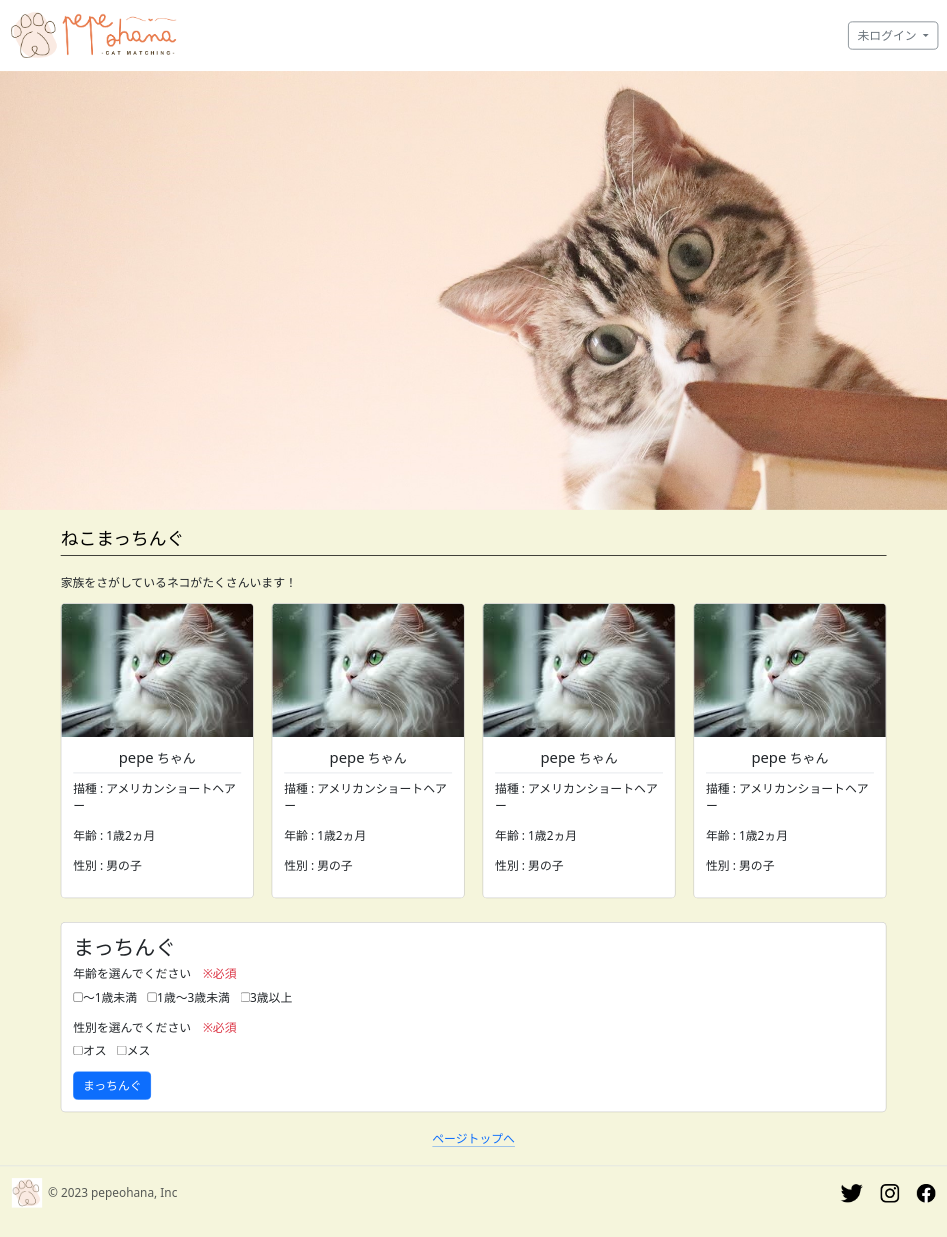
Repository: sakuwell/pepe
Page: http://localhost/PepeOhana/
The author's editor kept a copy of each file at every save. The page is drawn from the files as they stood at one save, then again after the next save.
The browser window is 1280 px wide. The pictures show the whole page, at 74% of full size.
The page is served by Tomcat 9. Other server files are loaded and not shown.

Above is the page before, as saved 2023-09-06 06:05:49.

### ExWorkSpace/PepeOhana/src/main/webapp/index.jsp
<%@ page language="java" contentType="text/html; charset=UTF-8"
    pageEncoding="UTF-8"%>
<%@ page import="model.UsersInfoDto" %>

<!DOCTYPE html>
<html lang="ja">
<head>
    <meta charset="UTF-8">
    <meta name="viewport" content="width=device-width, initial-scale=1.0">
    <!-- Bootstrap CSS -->
    <link href="https://cdn.jsdelivr.net/npm/bootstrap@5.3.0/dist/css/bootstrap.min.css" rel="stylesheet" integrity="sha384-9ndCyUaIbzAi2FUVXJi0CjmCapSmO7SnpJef0486qhLnuZ2cdeRhO02iuK6FUUVM" crossorigin="anonymous">
    <script src="https://cdn.jsdelivr.net/npm/bootstrap@5.3.0/dist/js/bootstrap.bundle.min.js" integrity="sha384-geWF76RCwLtnZ8qwWowPQNguL3RmwHVBC9FhGdlKrxdiJJigb/j/68SIy3Te4Bkz" crossorigin="anonymous"></script>
    <title>Top | pepeohana</title>
</head>

<%
    // セッションを取得
	UsersInfoDto userInfoOnSession = (UsersInfoDto)session.getAttribute("LOGIN_INFO");
	boolean isLoggedIn = false;
	String userName = "";
	//HttpSession mysession = request.getSession(true);

    // セッションが存在し、username属性もセットされている場合はログイン済み
    if (userInfoOnSession != null) {
		userName = userInfoOnSession.getUserName();
        isLoggedIn = true;
    }
%>

<body  style="background-color:beige;">
	<% if (isLoggedIn) { %>
    <!-- ログイン済ヘッダー -->
    <nav class="navbar navbar-expand-lg navbar-light bg-white">
        <div class="container-fluid">
            <a class="navbar-brand" href="index.jsp">
                <img src="images/pepe_ohana_logo.png" alt="ページロゴ" width="auto" height="70">
            </a>
            <div class="btn-group">
                <button type="button" class="btn btn-secondary dropdown-toggle" data-bs-toggle="dropdown" aria-expanded="false">
                    userName
                </button>
                <ul class="dropdown-menu dropdown-menu-end">
                    <li><a class="dropdown-item" href="<%=request.getContextPath()%>/ExeMyPage">マイページ</a></li>
                    <li><a class="dropdown-item" href="<%=request.getContextPath()%>/ExeLogout">ログアウト</a></li>
                </ul>
            </div>
        </div>
    </nav>
    <!-- ログイン済ヘッダーここまで -->
    <% } else { %>
    <!-- 未ログインヘッダー -->
    <nav class="navbar navbar-expand-lg navbar-light bg-white">
    	<div class="container-fluid">
        	<a class="navbar-brand" href="index.jsp">
          		<img src="images/pepe_ohana_logo.png" alt="ページロゴ" width="auto" height="70">
          	</a>
         	<div class="btn-group">
            	<button type="button" class="btn btn-outline-secondary dropdown-toggle" data-bs-toggle="dropdown" aria-expanded="false">
             		 未ログイン
            	</button>
            	<ul class="dropdown-menu dropdown-menu-end">
              		<li><a class="dropdown-item" href="jsp/Login.jsp">ログイン</a></li>
              		<li><a class="dropdown-item" href="jsp/registUser.jsp">新規ユーザー登録</a></li>
            	</ul>
          	</div>
        </div>
    </nav>
    <!-- 未ログインヘッダーここまで -->
    <% } %>


    <!-- ヒーロー画像 -->
    <img class="img-fluid mb-4" src="images/hero_index.jpg"  alt="index画像" style="max-height:600px; width:100%; object-fit: cover;">

    <!-- ここから下　ページごとの内容 -->
    <div class="container">
        <div class="h4 pb-2 mb-4 text-black border-bottom border-black">
            ねこまっちんぐ
        </div>
            <p>家族をさがしているネコがたくさんいます！</p>
        <!-- 猫カードエリア -->
        <div class="row">
           <!-- カードのコンテンツ1 -->
           <div class="col-6 col-md-4 col-lg-3">
                <div class="card mb-3">
                	<img src="images/cat_2.jpg" style="height:180px; width: 100%; object-fit: cover;" class="card-img-top" alt="猫画像">
                    <div class="card-body">
                        <h5 class="card-title text-center border-bottom pb-2">pepe<small> ちゃん</small></h5>
                        <p class="card-text text-right">描種 : アメリカンショートヘアー</p>
                        <p class="card-text text-right">年齢 : 1歳2ヵ月</p>
                        <p class="card-text text-right">性別 : 男の子</p>
                        <div class="d-flex justify-content-center">
                            <a href="#" class="stretched-link"></a>
                        </div>
                    </div>
                </div>
            </div>
           <!-- カードのコンテンツ2 -->
           <div class="col-6 col-md-4 col-lg-3">
                <div class="card mb-3">
                	<img src="images/cat_2.jpg" style="height:180px; width: 100%; object-fit: cover;" class="card-img-top" alt="猫画像">
                    <div class="card-body">
                        <h5 class="card-title text-center border-bottom pb-2">pepe<small> ちゃん</small></h5>
                        <p class="card-text text-right">描種 : アメリカンショートヘアー</p>
                        <p class="card-text text-right">年齢 : 1歳2ヵ月</p>
                        <p class="card-text text-right">性別 : 男の子</p>
                        <div class="d-flex justify-content-center">
                            <a href="#" class="stretched-link"></a>
                        </div>
                    </div>
                </div>
            </div>
           <!-- カードのコンテンツ3 -->
           <div class="col-6 col-md-4 col-lg-3">
                <div class="card mb-3">
                	<img src="images/cat_2.jpg" style="height:180px; width: 100%; object-fit: cover;" class="card-img-top" alt="猫画像">
                    <div class="card-body">
                        <h5 class="card-title text-center border-bottom pb-2">pepe<small> ちゃん</small></h5>
                        <p class="card-text text-right">描種 : アメリカンショートヘアー</p>
                        <p class="card-text text-right">年齢 : 1歳2ヵ月</p>
                        <p class="card-text text-right">性別 : 男の子</p>
                        <div class="d-flex justify-content-center">
                            <a href="#" class="stretched-link"></a>
                        </div>
                    </div>
                </div>
            </div>
           <!-- カードのコンテンツ4 -->
           <div class="col-6 col-md-4 col-lg-3">
                <div class="card mb-3">
                	<img src="images/cat_2.jpg" style="height:180px; width: 100%; object-fit: cover;" class="card-img-top" alt="猫画像">
                     <div class="card-body">
                         <h5 class="card-title text-center border-bottom pb-2">pepe<small> ちゃん</small></h5>
                         <p class="card-text text-right">描種 : アメリカンショートヘアー</p>
                         <p class="card-text text-right">年齢 : 1歳2ヵ月</p>
                         <p class="card-text text-right">性別 : 男の子</p>
                         <div class="d-flex justify-content-center">
                             <a href="#" class="stretched-link"></a>
                         </div>
                     </div>
                 </div>
            </div>
		</div>

        <!-- 検索フォームエリア -->
        <div class="card mt-3 p-3">
         	<form action="#">
         		<h3>まっちんぐ</h3>
				<div class="mb-3">
					<label for="exampleInputEmail1" class="form-label">年齢を選んでください<span class="text-danger">　※必須</span></label><br>
				    <input type="checkbox" name="GENDER" id="GENDER" value="1">～1歳未満
				    <input type="checkbox" name="GENDER" id="GENDER" value="2" style="margin-left: 10px;">1歳～3歳未満
				    <input type="checkbox" name="GENDER" id="GENDER" value="2" style="margin-left: 10px;">3歳以上
				</div>
				<div class="mb-3">
					<label for="exampleInputEmail1" class="form-label">性別を選んでください<span class="text-danger">　※必須</span></label><br>
				    <input type="checkbox" name="GENDER" id="GENDER" value="1">オス
				    <input type="checkbox" name="GENDER" id="GENDER" value="2" style="margin-left: 10px;">メス
				</div>
				<button type="submit" class="btn btn-primary">まっちんぐ</button>
			</form>
		</div>

	</div>
    <!-- ここまで　ページごとの内容 -->

    <!-- フッター -->
    <div class="text-center mt-4">
        <a class="icon-link icon-link-hover" href="#">
            ページトップへ
        </a>
	</div>
	<footer class="d-flex flex-wrap justify-content-between align-items-center py-3 my-4 border-top">
    	<div class="col-md-4 d-flex align-items-center ms-3">
        	<a href="index.jsp" class="mb-3 me-2 mb-md-0"><img alt="ロゴ画像" src="images/nikukyu_logo.png" width="auto" height="40"></a>
          	<span class="mb-3 mb-md-0 text-body-secondary">© 2023 pepeohana, Inc</span>
        </div>
        <ul class="nav col-md-4 justify-content-end list-unstyled d-flex me-3">
            <li><a href="#"><img src=images/twitter_logo.png width="auto" height="25"></a></li>
            <li class="ms-4"><a href="#"><img src=images/insta_logo.png width="auto" height="25"></a></li>
            <li class="ms-4"><a href="#"><img src=images/facebook_logo.png width="auto" height="25"></a></li>
        </ul>
	</footer>
    <!-- フッター　ここまで -->

</body>
</html>

After the next save:
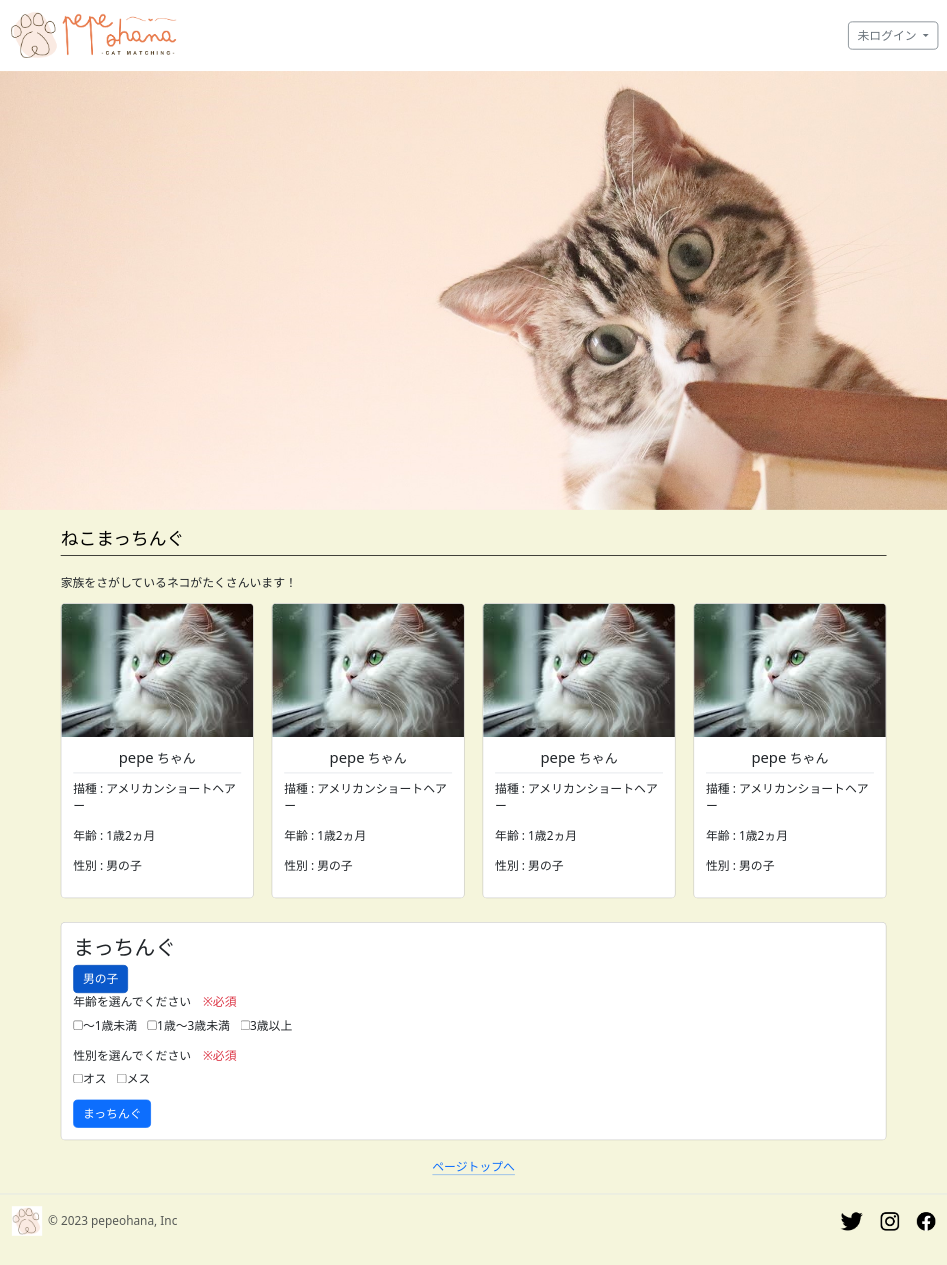
Saved 2 min 40 s later.
--- a/ExWorkSpace/PepeOhana/src/main/webapp/index.jsp
+++ b/ExWorkSpace/PepeOhana/src/main/webapp/index.jsp
@@ -146,6 +146,8 @@
         <div class="card mt-3 p-3">
          	<form action="#">
          		<h3>まっちんぐ</h3>
+         		<input type="checkbox" class="btn-check" id="btn-check-2" checked autocomplete="off">
+				<label class="btn btn-primary" for="btn-check-2">男の子</label>
 				<div class="mb-3">
 					<label for="exampleInputEmail1" class="form-label">年齢を選んでください<span class="text-danger">　※必須</span></label><br>
 				    <input type="checkbox" name="GENDER" id="GENDER" value="1">～1歳未満
